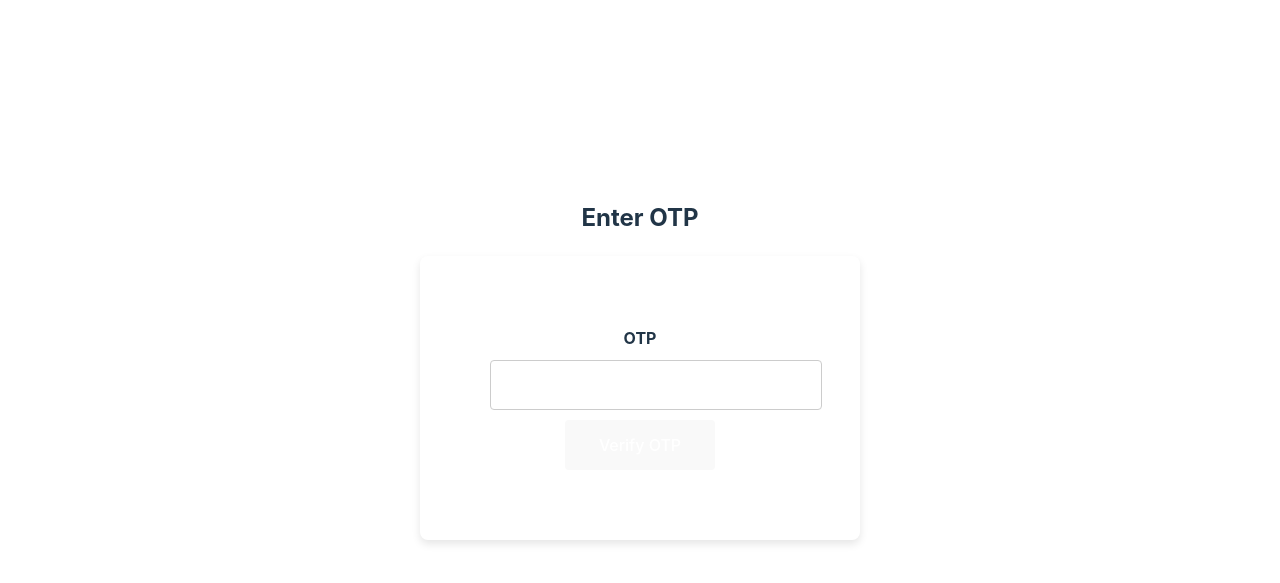
Repository: sarathraj2002/MockTest
Page: /check (app in Frontend/)
An editor plug-in stored every save of this project. The page is shown before and after the next save, followed by the edit.
The browser window is 1280 px wide. The pictures show the whole page.
The project was rebuilt for these pictures with package versions that can differ from the ones it lists, and the page was loaded fresh each time. Also part of the build but not shown: Frontend/vite.config.js, Frontend/src/components/Otp.jsx, Frontend/src/components/Home.jsx.

Above is the page before, as saved 2024-11-13 17:19:59.

### Frontend/index.html
<!doctype html>
<html lang="en">
  <head>
    <meta charset="UTF-8" />
    <link rel="icon" type="image/svg+xml" href="/vite.svg" />
    <meta name="viewport" content="width=device-width, initial-scale=1.0" />
    <title>MockTest</title>
  </head>
  <body>
    <div id="root"></div>
    <script type="module" src="/src/main.jsx"></script>
  </body>
</html>

### Frontend/src/main.jsx
import { StrictMode } from 'react'
import { createRoot } from 'react-dom/client'
import App from './App.jsx'
import './index.css'
import { BrowserRouter } from 'react-router-dom'


createRoot(document.getElementById('root')).render(
  <StrictMode>
     <BrowserRouter>
    <App />
    </BrowserRouter>
  </StrictMode>,
)

### Frontend/src/App.jsx
import { useState } from 'react'
import './App.css'
import Otp from './components/Otp'
import { Home } from './components/Home'
import { Route,Routes,useNavigate } from 'react-router-dom'
import Mail from './components/Mail'

function App() {
  const [email, setEmail] = useState('');
  const navigate = useNavigate();
  const handleEmailSubmit=(email)=>{
    setEmail(email);
    navigate('/check');
  }


  return (
    <>
    <Routes>
      <Route path='/' element={<Otp onEmailSubmit={handleEmailSubmit}/>}></Route>
      <Route path='/check' element={<Mail/>}></Route>
      <Route path='/home' element={<Home/>}></Route>
    </Routes>
    </>
  )
}

export default App

### Frontend/src/components/Mail.jsx
import React, { useState } from 'react';
import axios from 'axios';
import { useNavigate } from 'react-router-dom';

function OTPForm({ email, onOTPVerify }) {
  const [otp, setOtp] = useState('');
  const [errorMessage, setErrorMessage] = useState('');
  const navigate = useNavigate();

  const handleSubmit = async (e) => {
    e.preventDefault();

    try {
      const response = await axios.post('http://localhost:5000/api/verify-otp', {
        otp
      });
      const data = response.data;

      if (data.valid) {
        navigate('/home');
      } else {
        setErrorMessage(data.message || 'Invalid OTP. Please try again.');
      }
    } catch (error) {
      console.error('Error verifying OTP:', error);
      setErrorMessage('An error occurred while verifying OTP.');
    }
  };

  const formStyle = {
    width: '300px',
    margin: '0 auto',
    padding: '70px',
    backgroundColor: '',
    borderRadius: '8px',
    boxShadow: '0 4px 8px rgba(0, 0, 0, 0.1)',
  };

  const inputStyle = {
    width: '100%',
    padding: '15px',
    margin: '10px 0',
    borderRadius: '4px',
    border: '1px solid #ccc',
    fontSize: '16px',
  };

  const buttonStyle = {
    width: '50%',
    padding: '15px',

    backgroundColor: 'dark blue',
    color: 'white',
    fontSize: '16px',
    border: 'none',
    borderRadius: '4px',
    cursor: 'pointer',
  };

  const buttonHoverStyle = {
    backgroundColor: '#45a049',
  };

  const errorMessageStyle = {
    color: 'red',
    marginTop: '10px',
    textAlign: 'center',
  };

  return (
    <div style={{ padding: '50px 20px', textAlign: 'center' }}>
      <h2 style={{ marginBottom: '20px' }}>Enter OTP</h2>
      <form onSubmit={handleSubmit} style={formStyle}>
        <label style={{ fontSize: '16px', fontWeight: 'bold', marginBottom: '10px' }}>OTP</label>
        <input
          type="text"
          value={otp}
          onChange={(e) => setOtp(e.target.value)}
          required
          maxLength="4"
          style={inputStyle}
        />
        <button type="submit" style={buttonStyle} onMouseEnter={(e) => e.target.style.backgroundColor = buttonHoverStyle.backgroundColor} onMouseLeave={(e) => e.target.style.backgroundColor = buttonStyle.backgroundColor}>
          Verify OTP
        </button>
      </form>
      {errorMessage && <p style={errorMessageStyle}>{errorMessage}</p>}
    </div>
  );
}

export default OTPForm;

Loaded but not shown: Frontend/src/index.css (common file); Frontend/src/App.css (common file)

After the next save:
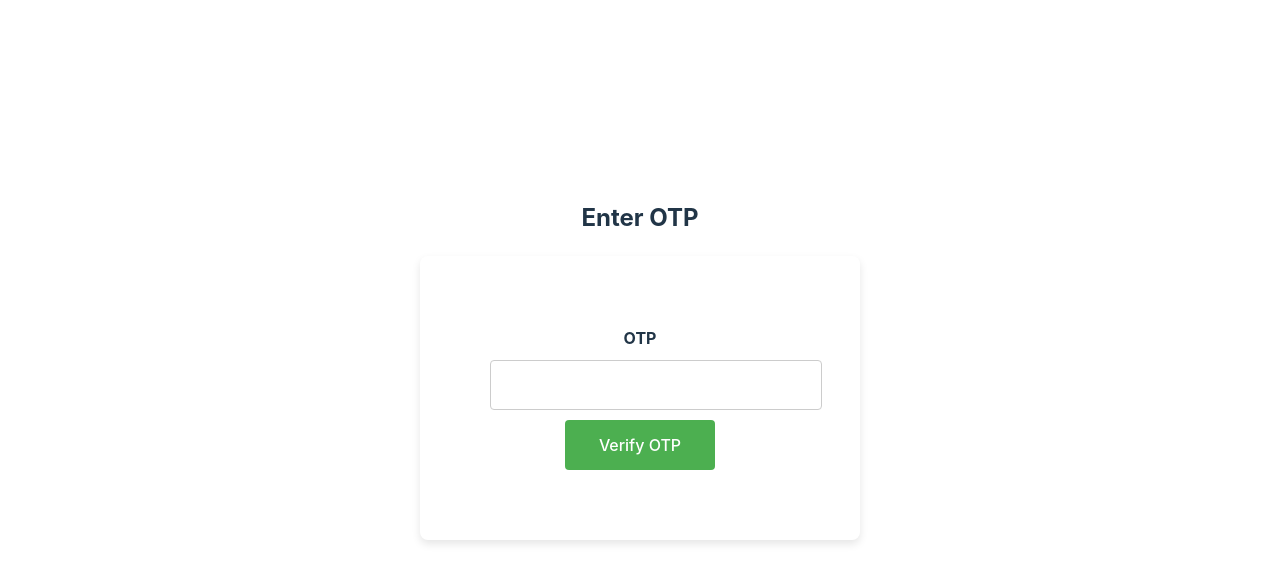
Saved 9 s later.
--- a/Frontend/src/components/Mail.jsx
+++ b/Frontend/src/components/Mail.jsx
@@ -49,7 +49,7 @@ function OTPForm({ email, onOTPVerify }) {
     width: '50%',
     padding: '15px',
 
-    backgroundColor: 'dark blue',
+    backgroundColor: '#4CAF50',
     color: 'white',
     fontSize: '16px',
     border: 'none',
